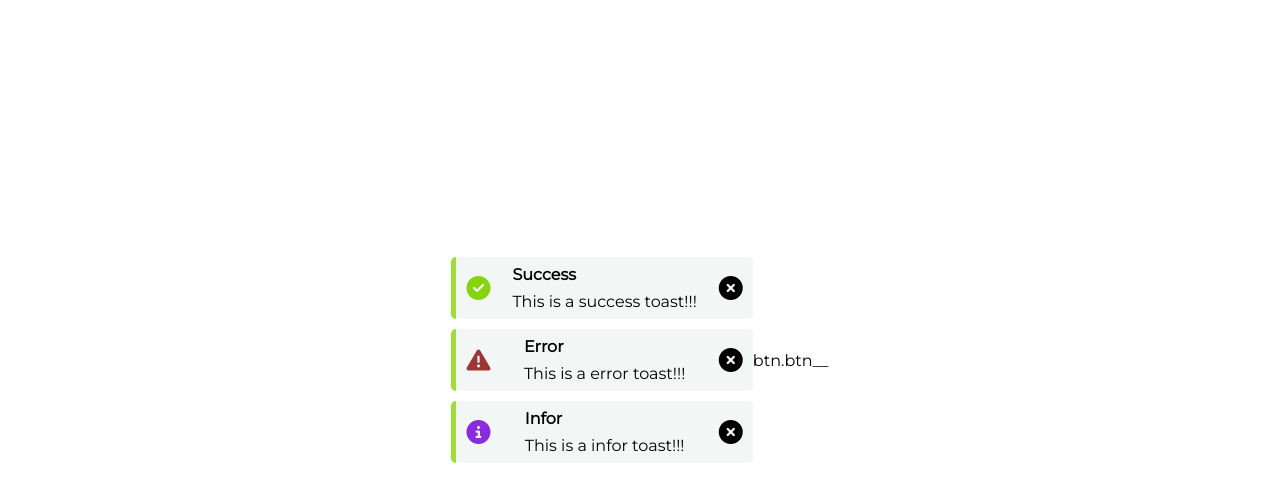
Repository: thuynguyen0964/Toast-Cooler
Page: index.html
An editor plug-in stored every save of this project. The page is shown before and after a run of saves, followed by the edit.
The browser window is 1280 px wide. The pictures show the whole page.

Above is the page before, as saved 2023-01-26 20:32:54.

### index.html
<!DOCTYPE html>
<html lang="en">
  <head>
    <meta charset="UTF-8" />
    <meta http-equiv="X-UA-Compatible" content="IE=edge" />
    <meta name="viewport" content="width=device-width, initial-scale=1.0" />
    <title>Toast Mess Cooler</title>
    <link
      href="https://fonts.googleapis.com/css2?family=Montserrat:wght@300;400&display=swap"
      rel="stylesheet"
    />
    <link
      rel="stylesheet"
      href="https://cdnjs.cloudflare.com/ajax/libs/font-awesome/6.2.1/css/all.min.css"
    />
    <link rel="stylesheet" href="./app/style.css" />
  </head>
  <body>
    <ul class="container">
      <li class="toast success">
        <div class="icon">
          <i class="fa-solid fa-circle-check"></i>
        </div>
        <div class="toast__text">
          <h4 class="toast__title">Success</h4>
          <p class="toast__desc">This is a success toast!!!</p>
        </div>
        <div class="icon__close">
          <i class="fa-solid fa-circle-xmark"></i>
        </div>
      </li>
      <li class="toast error">
        <div class="icon">
            <i class="fa-solid fa-triangle-exclamation"></i>
        </div>
        <div class="toast__text">
          <h4 class="toast__title">Error</h4>
          <p class="toast__desc">This is a error toast!!!</p>
        </div>
        <div class="icon__close">
         <i class="fa-solid fa-circle-xmark"></i>
        </div>
      </li>
      <li class="toast infor">
        <div class="icon">
            <i class="fa-solid fa-circle-info"></i>
        </div>
        <div class="toast__text">
          <h4 class="toast__title">Infor</h4>
          <p class="toast__desc">This is a infor toast!!!</p>
        </div>
        <div class="icon__close">
          <i class="fa-solid fa-circle-xmark"></i>
        </div>
      </li>
    </ul>

    <div class="btn">
        btn.btn__
    </div>
  </body>
</html>

### app/style.css
*{
    margin: 0;
    padding: 0;
    box-sizing: border-box;
}
body{
    font-family: "Montserrat", sans-serif;
    display: flex;
    align-items: center;
    justify-content: center;
    min-height: 100vh;
}

.toast{
    width: 350x;
    list-style: none;
    border-left: 5px solid #9de031;
    border-radius: 5px;
    display: flex;
    align-items: center;
    justify-content: space-between;
    background-color: #e1ebe671;
    margin: 10px 0;
}
.toast__text{
    padding: 0 12px;
}
.toast__desc,
.toast__title{
    margin: 8px 0;
}
.icon__close,
.icon{
    padding:0 10px;
    font-size: 24px;
}
.icon__close{
    cursor: pointer;
}

.success .icon{
    color:#86d410 ;
}
.error .icon{
    color: #a03333;
}
.infor .icon{
    color: blueviolet;
}

After the next 7 saves:
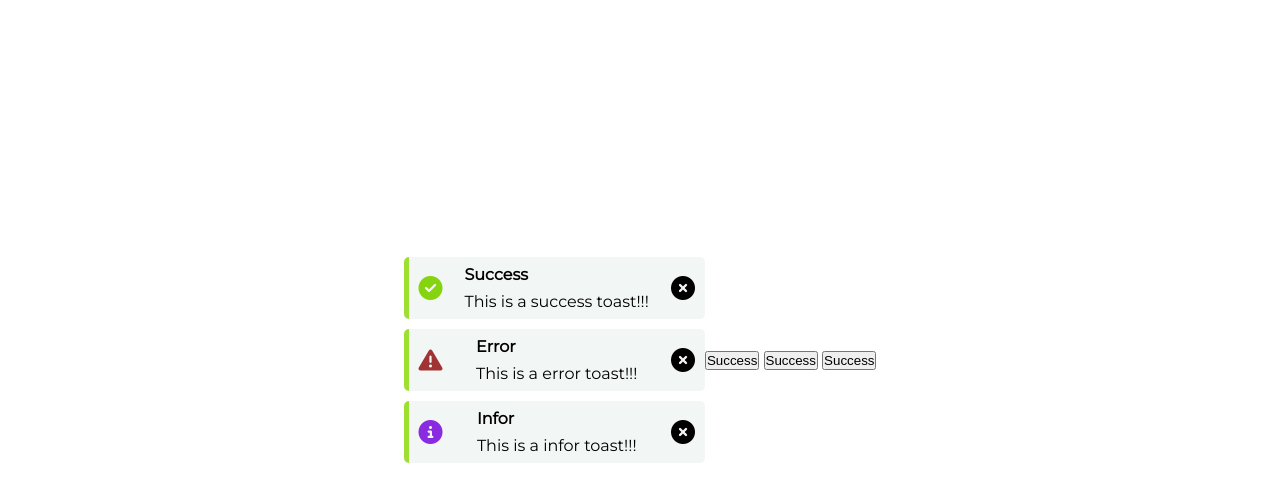
The 7 saves are shown as one change because they came seconds apart.
The last was saved 21 s later.
--- a/index.html
+++ b/index.html
@@ -56,7 +56,9 @@
     </ul>
 
     <div class="btn">
-        btn.btn__
+        <button class="btn__success">Success</button>
+        <button class="btn__success">Success</button>
+        <button class="btn__success">Success</button>
     </div>
   </body>
 </html>
